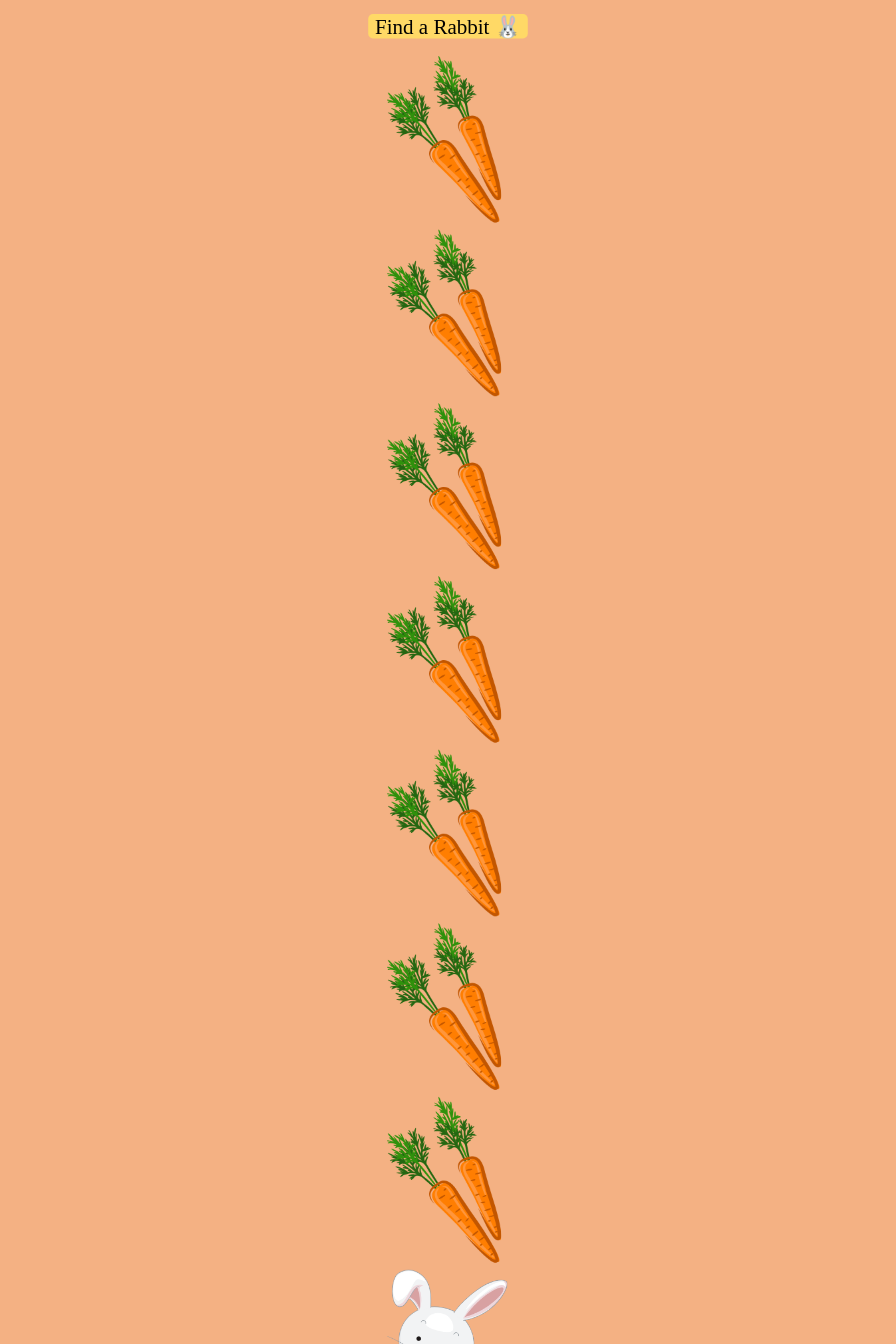
Repository: sephinejo/frontend-browser-101
Page: browser/practice-find-rabbit/index.html
These files come from the project's save history. The page is drawn as it stood at one moment and after the next save; the edit follows.
The browser window is 1280 px wide. The pictures show the part of the page from y = 0 to 1920 px (the page is 3016 px tall before and 3036 px after), at 70% of full size.
Some web fonts or font styles are not loaded; a fallback is used.

Above is the page before, as saved 2023-05-10 21:16:41.

### browser/practice-find-rabbit/index.html
<!DOCTYPE html>
<html lang="en">
  <head>
    <meta charset="UTF-8" />
    <meta name="viewport" content="width=device-width, initial-scale=1.0" />
    <title>Scroll</title>
    <link rel="preconnect" href="https://fonts.googleapis.com" />
    <link rel="preconnect" href="https://fonts.gstatic.com" crossorigin />
    <link
      href="https://fonts.googleapis.com/css2?family=Alice&display=swap"
      rel="stylesheet"
    />
    <style>
      body {
        margin: 0;
        display: flex;
        flex-direction: column;
        align-items: center;
        background-color: #f4b183;
      }

      button {
        border-style: none;
        border-radius: 7px;
        margin: 20px 0;
        padding: 0 10px;
        background-color: #ffd966;
        font-size: 30px;
        font-family: Alice;
      }

      img {
        margin: 5px;
        width: 175px;
      }
    </style>
  </head>
  <body>
    <button>Find a Rabbit 🐰</button>
    <img src="img/carrot.png" alt="carrot" />
    <img src="img/carrot.png" alt="carrot" />
    <img src="img/carrot.png" alt="carrot" />
    <img src="img/carrot.png" alt="carrot" />
    <img src="img/carrot.png" alt="carrot" />
    <img src="img/carrot.png" alt="carrot" />
    <img src="img/carrot.png" alt="carrot" />
    <img src="img/rabbit.png" alt="rabbit" />
    <img src="img/carrot.png" alt="carrot" />
    <img src="img/carrot.png" alt="carrot" />
    <img src="img/carrot.png" alt="carrot" />
    <img src="img/carrot.png" alt="carrot" />

    <script></script>
  </body>
</html>

After the next save:
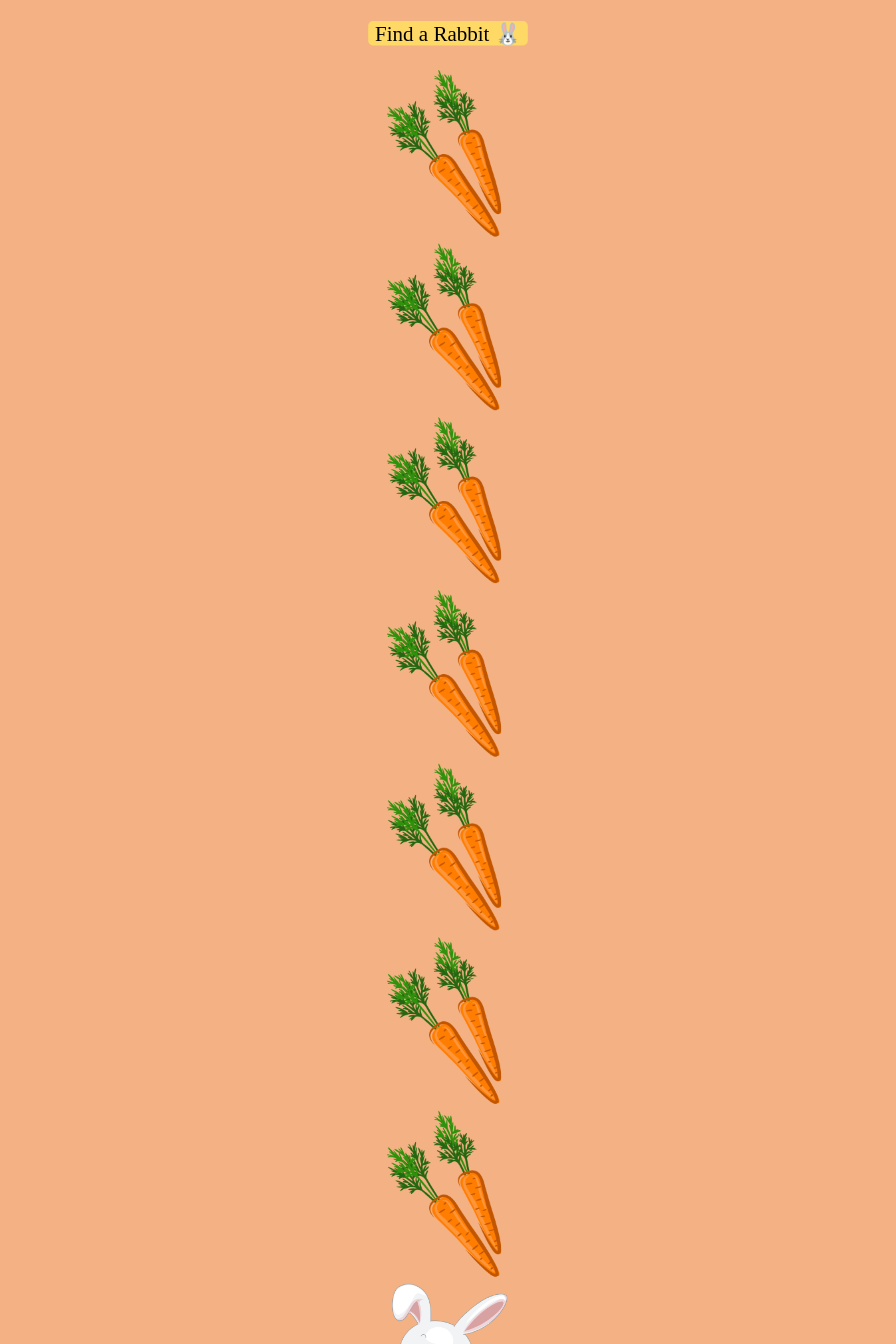
Saved 4 s later.
--- a/browser/practice-find-rabbit/index.html
+++ b/browser/practice-find-rabbit/index.html
@@ -22,7 +22,7 @@
       button {
         border-style: none;
         border-radius: 7px;
-        margin: 20px 0;
+        margin: 30px 0;
         padding: 0 10px;
         background-color: #ffd966;
         font-size: 30px;

After the save that followed:
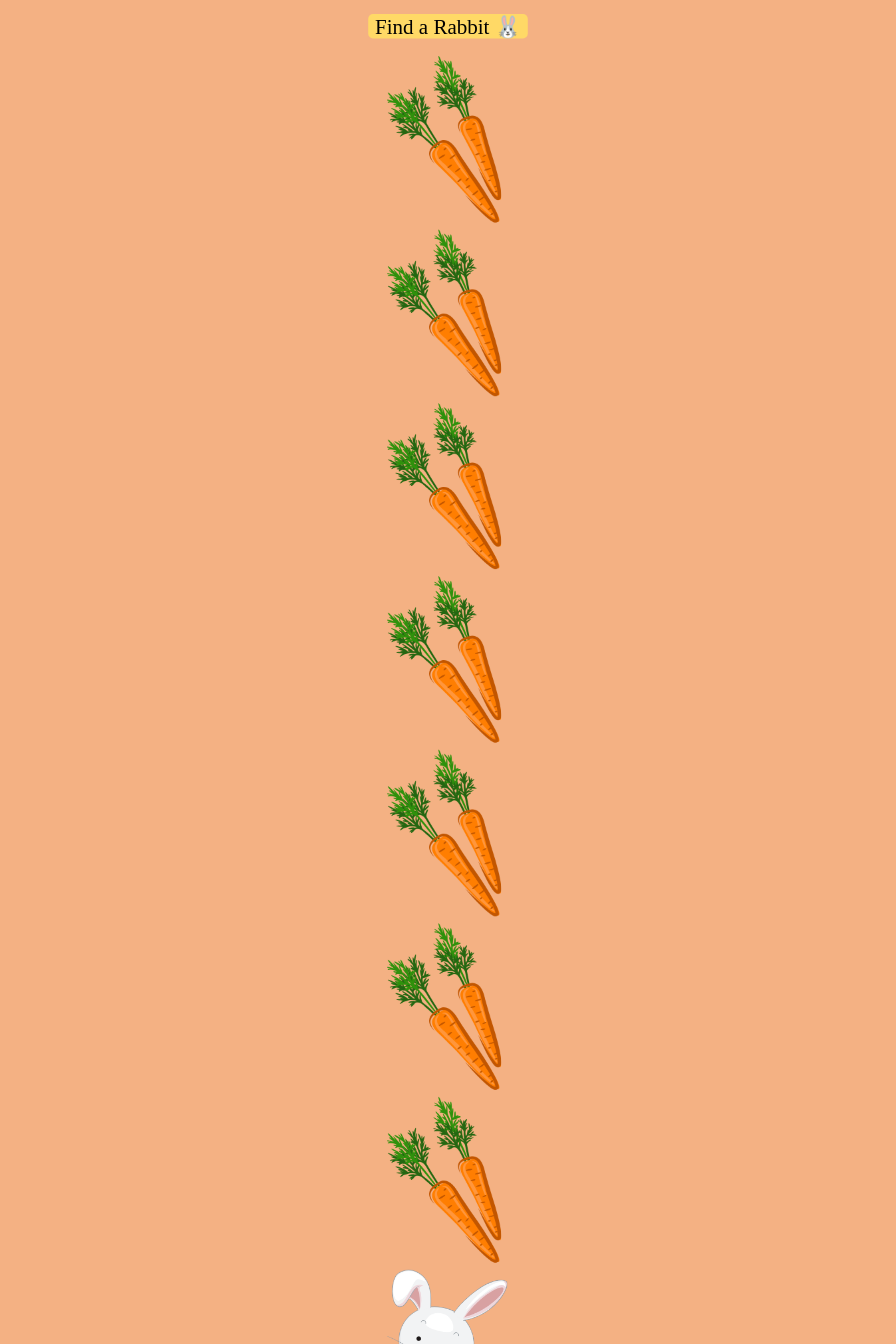
Saved 4 s later.
--- a/browser/practice-find-rabbit/index.html
+++ b/browser/practice-find-rabbit/index.html
@@ -22,7 +22,7 @@
       button {
         border-style: none;
         border-radius: 7px;
-        margin: 30px 0;
+        margin: 20px 0;
         padding: 0 10px;
         background-color: #ffd966;
         font-size: 30px;
